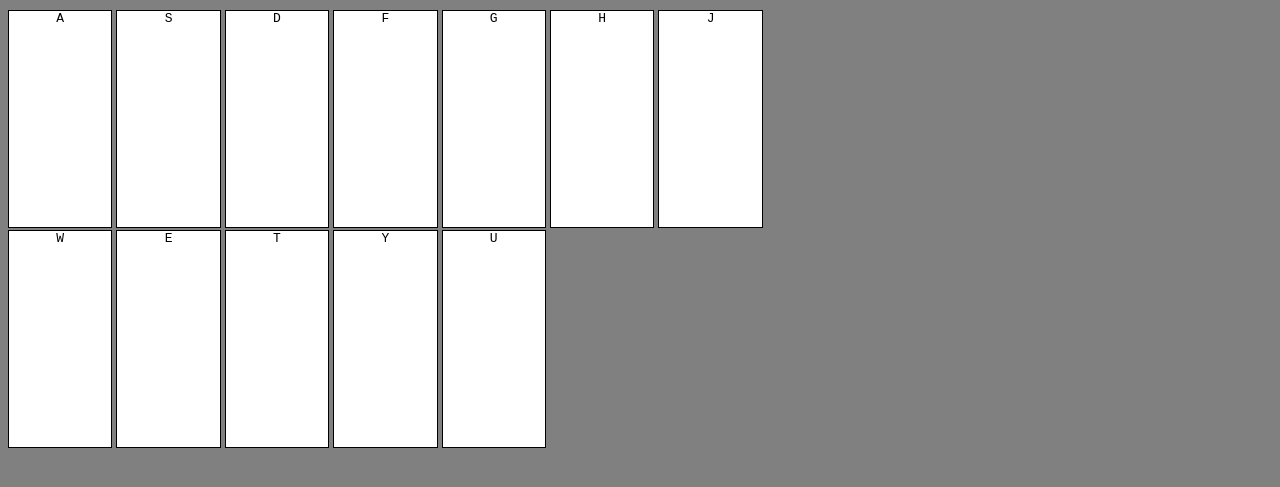
Repository: ctcoleman/Virtual-Piano
Page: index.html
An editor plug-in stored every save of this project. The page is shown before and after the next save, followed by the edit.
The browser window is 1280 px wide. The pictures show the whole page.

Above is the page before, as saved 2020-07-20 08:44:20.

### index.html
<!DOCTYPE html>
<html>

<head>
    <meta charset="utf-8">
    <link type="text/css" rel="stylesheet" href="./index.css">
    <title>Chris's Keyboard Piano</title>
</head>

<body>
    <div class="white-keys-container">
        <kbd class="white-key" id="KeyA">A</kbd>
        <kbd class="white-key" id="KeyS">S</kbd>
        <kbd class="white-key" id="KeyD">D</kbd>
        <kbd class="white-key" id="KeyF">F</kbd>
        <kbd class="white-key" id="KeyG">G</kbd>
        <kbd class="white-key" id="KeyH">H</kbd>
        <kbd class="white-key" id="KeyJ">J</kbd>
    </div>
    <div class="black-keys-container">
        <kbd class="black-key" id="KeyW">W</kbd>
        <kbd class="black-key" id="KeyE">E</kbd>
        <kbd class="black-key" id="KeyT">T</kbd>
        <kbd class="black-key" id="KeyY">Y</kbd>
        <kbd class="black-key" id="KeyU">U</kbd>
    </div>
    <script src="./index.js"></script>
</body>

</html>

### index.css
html {
    background: grey;
    color: black;
    box-sizing: border-box;
}

.white-key-container {
    margin: 15vh 15vw;
    width: 70vw;
    display: block;
}
.white-key {
    text-align: center;
    display: inline-block;
    min-width: 8vw;
    height: 30vh;
    background: white;
    border: 1px solid black;
}

.black-key-container {
    margin: 10vh 5vw;
    width: 40vw;
    display: block;
}
.black-key {
    text-align: center;
    display: inline-block;
    min-width: 8vw;
    height: 30vh;
    background: white;
    border: 1px solid black;
}

Loaded but not shown: index.js (no copy from this time; the picture is the same without it)

After the next save:
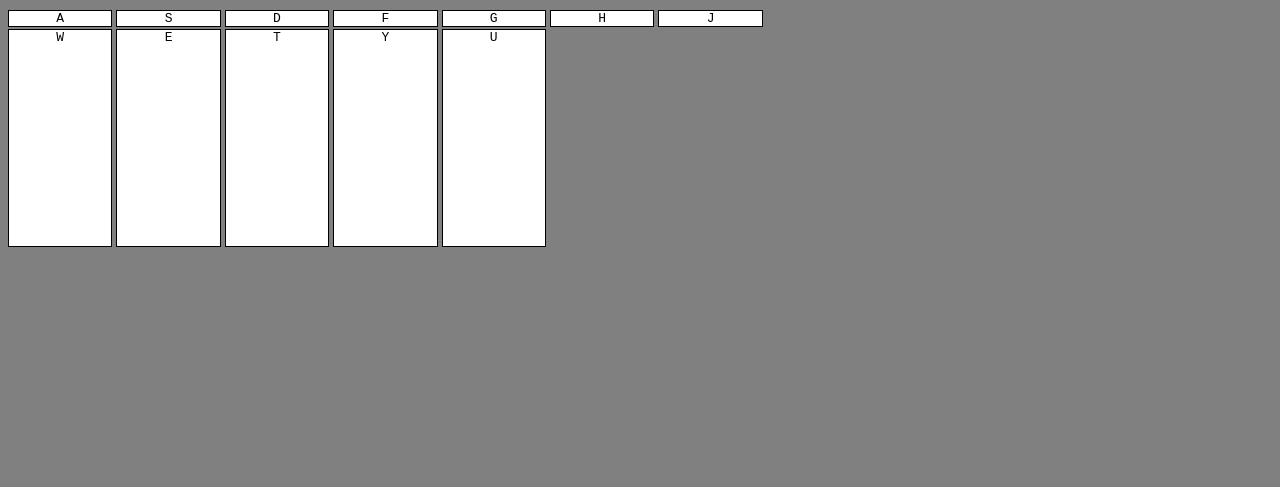
Saved 19 s later.
--- a/index.css
+++ b/index.css
@@ -7,13 +7,13 @@
 .white-key-container {
     margin: 15vh 15vw;
     width: 70vw;
+    height: 30vh;
     display: block;
 }
 .white-key {
     text-align: center;
     display: inline-block;
     min-width: 8vw;
-    height: 30vh;
     background: white;
     border: 1px solid black;
 }

After the 4 saves that followed:
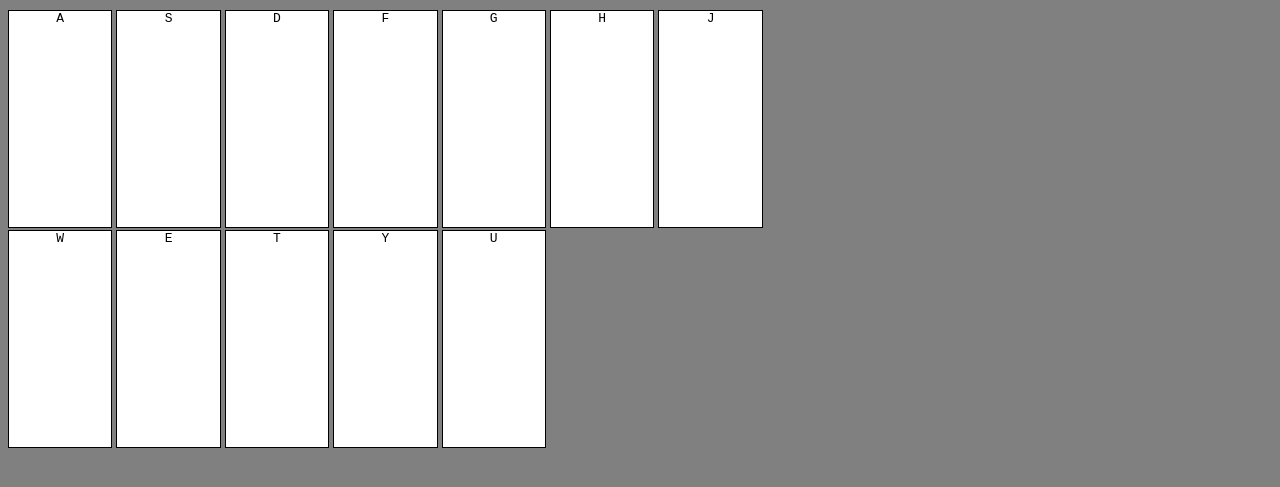
The 4 saves are shown as one change because they came seconds apart.
The last was saved 20 s later.
--- a/index.css
+++ b/index.css
@@ -7,13 +7,13 @@
 .white-key-container {
     margin: 15vh 15vw;
     width: 70vw;
-    height: 30vh;
     display: block;
 }
 .white-key {
     text-align: center;
     display: inline-block;
     min-width: 8vw;
+    height: 30vh;
     background: white;
     border: 1px solid black;
 }
